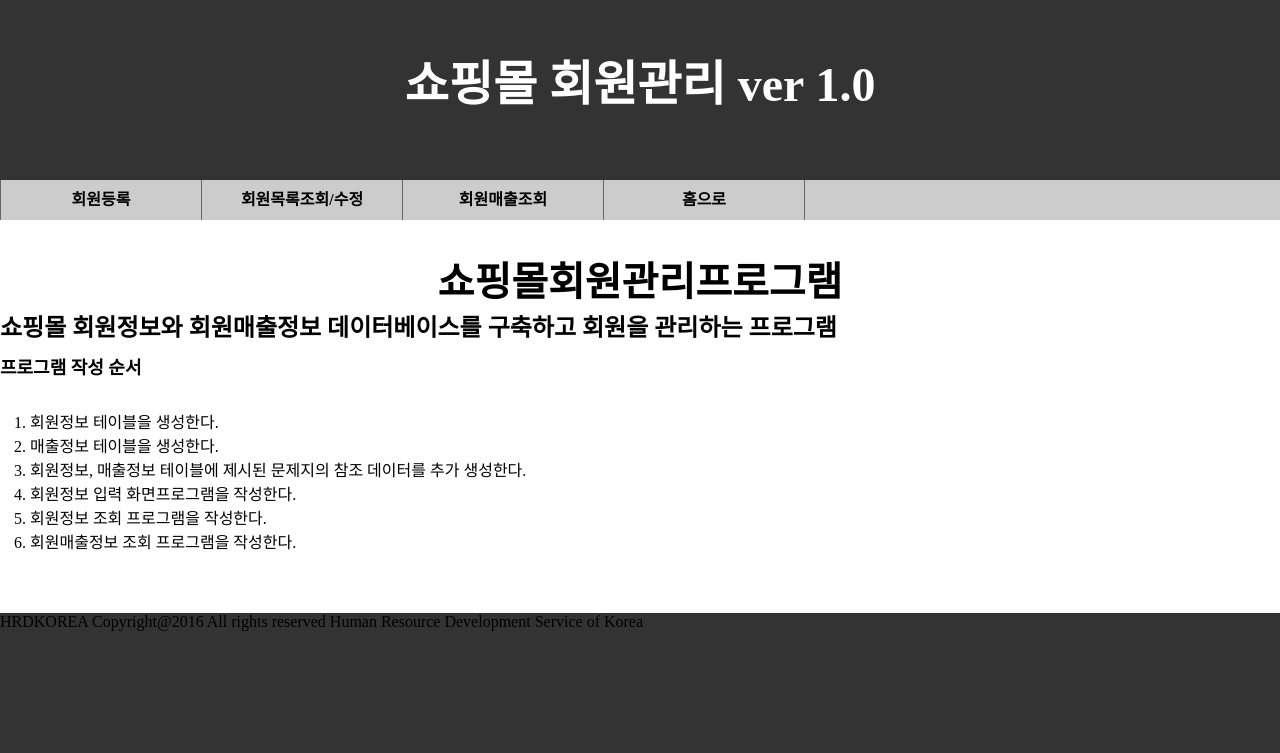
Repository: jsky1234/NCS
Page: http://localhost/HRD_1/admin.jsp
An editor plug-in stored every save of this project. The page is shown before and after the next save, followed by the edit.
The browser window is 1280 px wide. The pictures show the whole page.
The page is served by Tomcat 9. Other server files are loaded and not shown.

Above is the page before, as saved 2020-11-09 02:39:30.

### ncs1/HRD_1/WebContent/admin.jsp
<%@ page language="java" contentType="text/html; charset=UTF-8"
    pageEncoding="UTF-8"%>
<!DOCTYPE html>
<html>
<head>
<meta charset="UTF-8">
<title>관리자 모드로 로그인 중</title>
<style>
* { margin: 0; padding: 0; }
body, html { width: 100%; height: 100%; }
ul { list-style : none; }
a { text-decoration: none; }

button, label, input { outline: 0; border: 0; user-select: none; }
img { border: 0; }
ol { padding: 30px; }
.hd { clear: both; min-height: 180px; background-color: #333; }
.tit { font-size: 48px; text-align: center; line-height: 140px; color: #fff; padding-top: 15px;}
.gnb { clear: both; height: 40px; background-color: #cccccc; }
.gnb li { float: left; min-width: 120px; width: auto; }
.gnb a { display:block; text-align: center; line-height: 40px; width: 200px; height: 40px; color: #000000; font-weight: 700; border-left: 1px solid #666666; }
.gnb li:last-child { border-right: 1px solid #666666; }

.page { clear: both; padding: 30px 0 30px 0; }
.page_tit { text-align: center; font-size: 40px; }
.item_tit1 { font-size: 24px; }
.item_tit2 { font-size: 18px; margin-top: 10px;}

.ft { clear: both; width: 100%; min-height:80px; height: 140px; margin: 0 auto; background-color: #333; }
copyright { color: #fff;}

</style>
</head>
<body>
<header class="hd">
	<h2 class="tit">쇼핑몰 회원관리 ver 1.0</h2>
</header>
<nav class="gnb">
	<ul>
		<li><a href="">회원등록</a></li>
		<li><a href="">회원목록조회/수정</a></li>
		<li><a href="">회원매출조회</a></li>
		<li><a href="">홈으로</a></li>
	</ul>
</nav>
<main class="content">
	<section class="page" id="page1">
		<h2 class="page_tit">쇼핑몰회원관리프로그램</h2>
		<div class="main_help">
			<h3 class="item_tit1">쇼핑몰 회원정보와 회원매출정보 데이터베이스를 구축하고 회원을 관리하는 프로그램</h3>
			<h3 class="item_tit2">프로그램 작성 순서</h3>
			<ol>
				<li>회원정보 테이블을 생성한다.</li>
				<li>매출정보 테이블을 생성한다.</li>
				<li>회원정보, 매출정보 테이블에 제시된 문제지의 참조 데이터를 추가 생성한다.</li>
				<li>회원정보 입력 화면프로그램을 작성한다.</li>
				<li>회원정보 조회 프로그램을 작성한다.</li>
				<li>회원매출정보 조회 프로그램을 작성한다.</li>
			</ol>
		</div>
	</section>
</main>
<footer class="ft">
	<div class="ft_wrap">
		<div class="admin_copy">
			<p class="copyright">HRDKOREA Copyright@2016 All rights reserved Human Resource Development Service of Korea</p>
		</div>
	</div>
</footer>
</body>
</html>

After the next save:
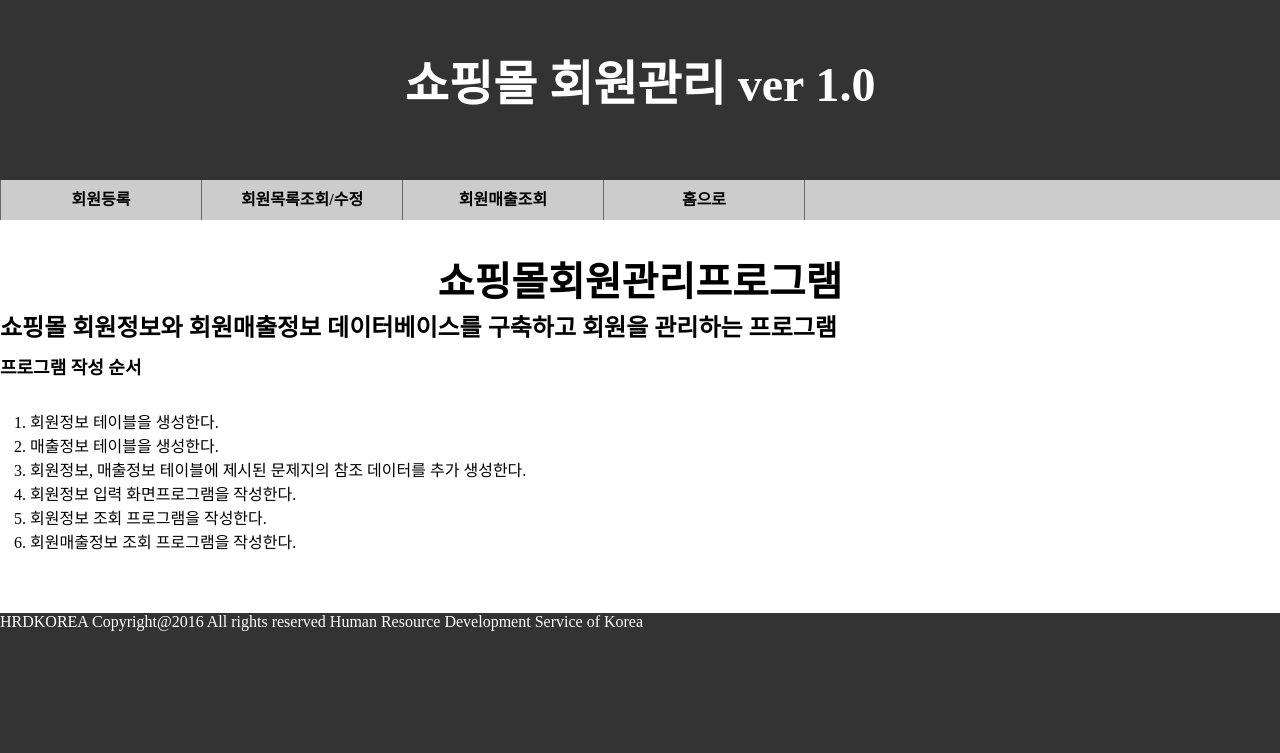
Saved 23 s later.
--- a/ncs1/HRD_1/WebContent/admin.jsp
+++ b/ncs1/HRD_1/WebContent/admin.jsp
@@ -27,7 +27,7 @@ ol { padding: 30px; }
 .item_tit2 { font-size: 18px; margin-top: 10px;}
 
 .ft { clear: both; width: 100%; min-height:80px; height: 140px; margin: 0 auto; background-color: #333; }
-copyright { color: #fff;}
+.copyright { color: #fff;}
 
 </style>
 </head>
